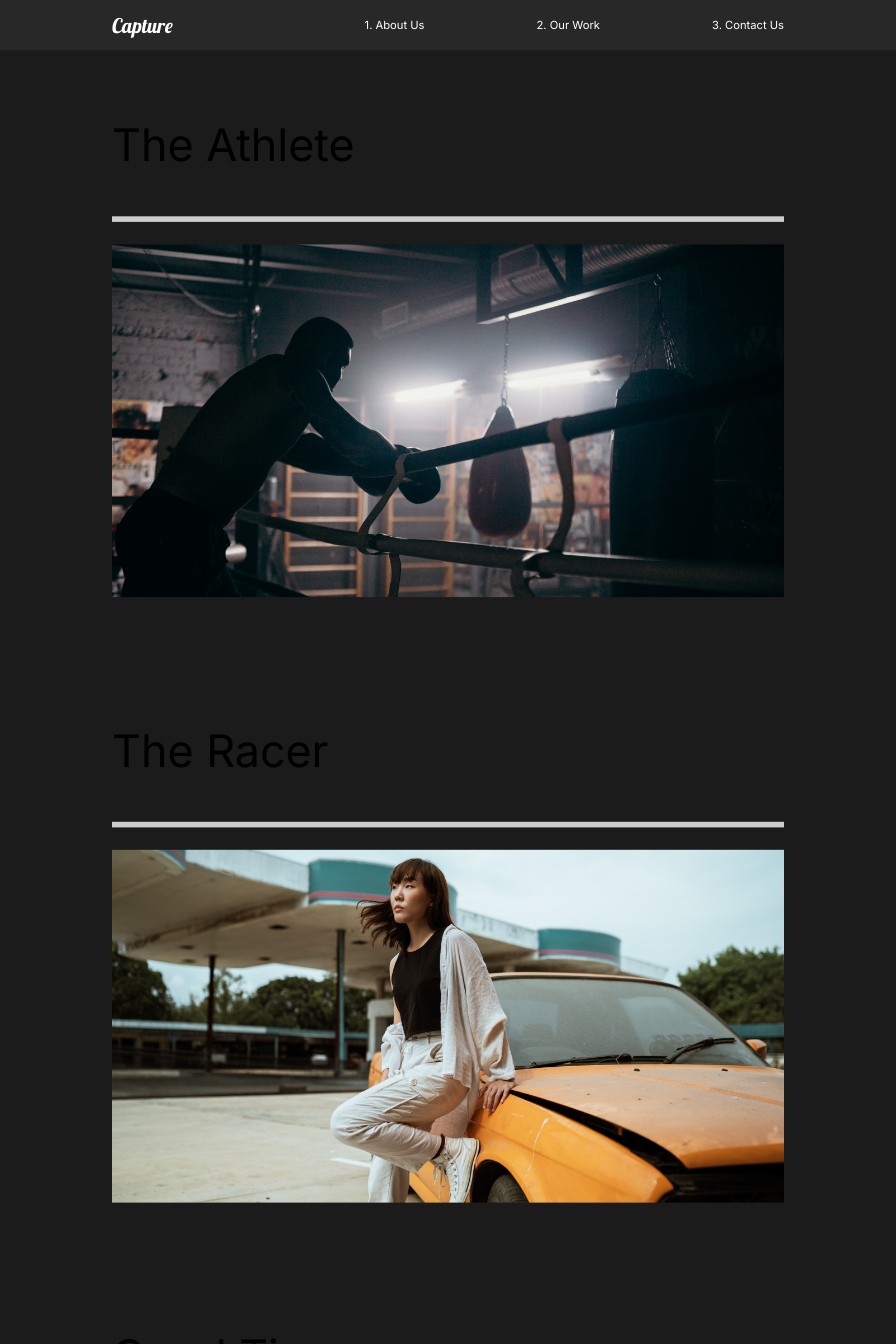
Repository: programmingwithlevi/capture
Page: /work
These files come from the project's save history. The page is drawn as it stood at one moment and after the next save; the edit follows.
The browser window is 1280 px wide. The pictures show the part of the page from y = 0 to 1920 px (the page is 2827 px tall before and 2731 px after), at 70% of full size.
The project was rebuilt for these pictures with package versions that can differ from the ones it lists, and the page was loaded fresh each time. Also part of the build but not shown: src/styles.js, src/components/Wave.js, src/components/AboutSection.js, src/components/ServicesSection.js, src/components/FaqSection.js, src/pages/AboutUs.js, src/pages/ContactUs.js, src/movieState.js and 1 more.

Above is the page before, as saved 2021-12-10 15:39:59.

After the next save:
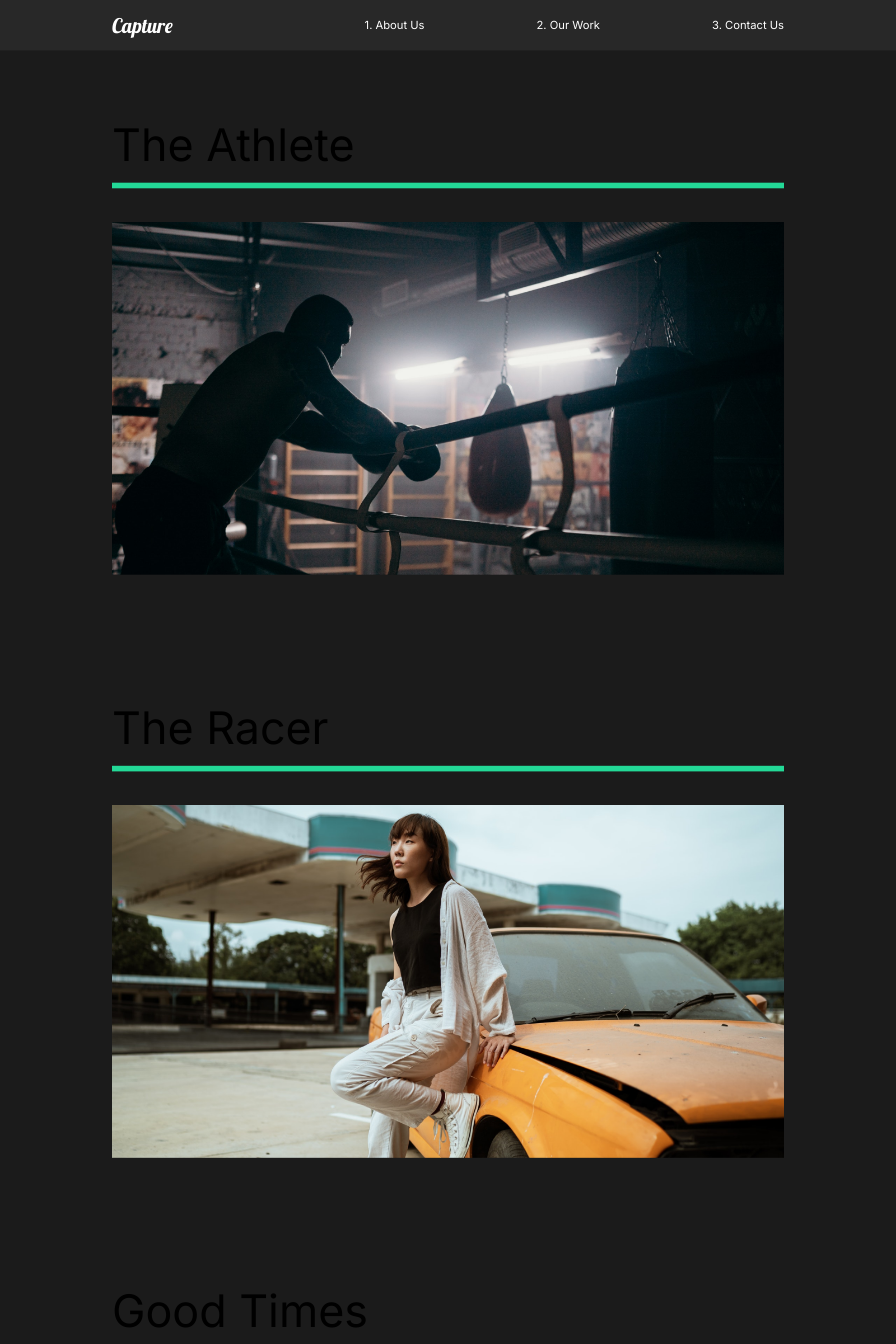
Saved 108 s later.
--- a/src/pages/OurWork.js
+++ b/src/pages/OurWork.js
@@ -53,9 +53,9 @@ const Movie = styled.div`
     padding-bottom: 10rem;
     .line{
         height: 0.5rem;
-        background: #cccccc;
-        margin-top: 3rem;
-        margin-bottom: 2rem;
+        background: #23d997;
+        //margin-top: 3rem;
+        margin-bottom: 3rem;
     }
     img{
         width: 100%;
